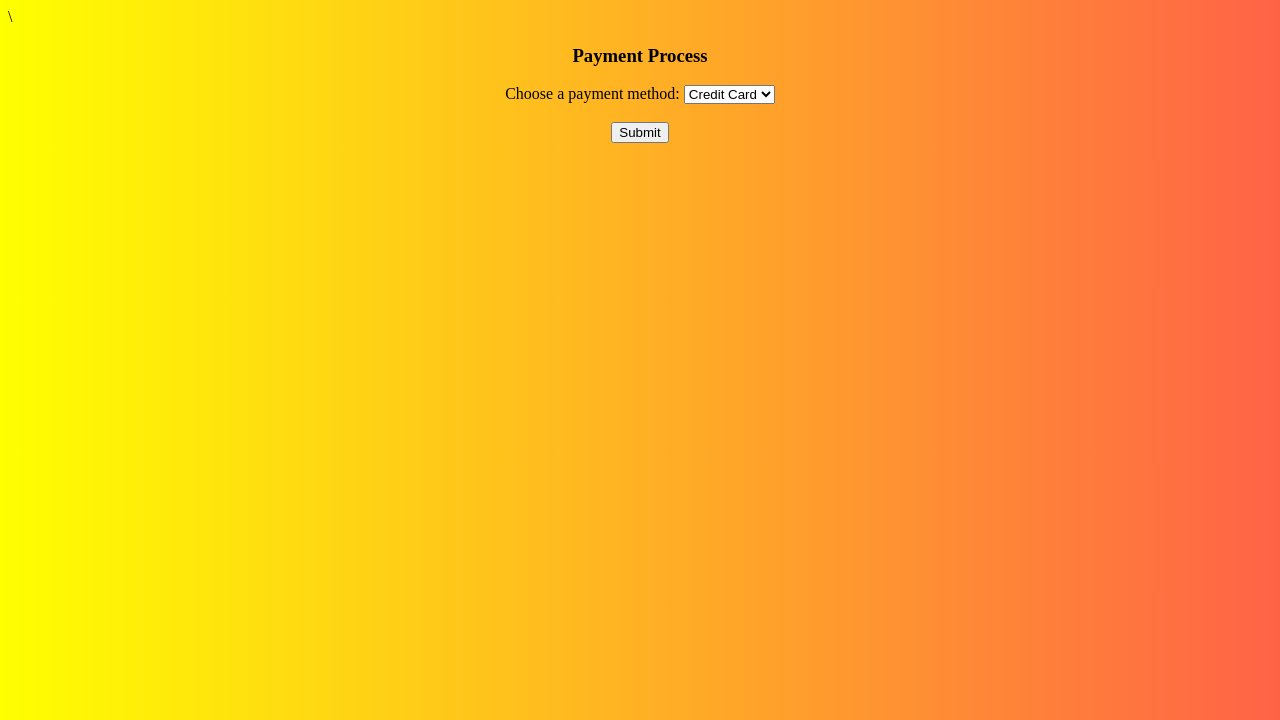
Repository: selvakumar46/Project-Maven
Page: http://localhost/ProjectKFC/payment.jsp
The author's editor kept a copy of each file at every save. The page is drawn from the files as they stood at one save, then again after the next save.
The browser window is 1280 px wide. The pictures show the whole page.
The page is served by Tomcat 9. Nobody is signed in. The application's start-up code is not run. Other server files are loaded and not shown.

Above is the page before, as saved 2022-01-08 08:24:43.

### ProjectKFC/src/main/webapp/payment.jsp
<%@ page language="java" contentType="text/html; charset=ISO-8859-1"
	pageEncoding="ISO-8859-1"%>
<!DOCTYPE html>
<html>
<head>
<meta charset="ISO-8859-1">
<title>payment</title>\
<style >
body {
	background:linear-gradient(to right,yellow,tomato);
}
</style>
</head>
<body>
	<center>
		<h3>Payment Process</h3>
		<div>

			<form action="creditCard.jsp">
				<label for="payments">Choose a payment method:</label> <select
					name="Paymrnts" id="payments">
					<option value="Creditcard">Credit Card</option>

					<option value="Paytm">Paytm</option>

				</select> <br> <br> <input type="submit" value="Submit">
			</form>
		</div>
	</center>
</body>
</html>

After the next save:
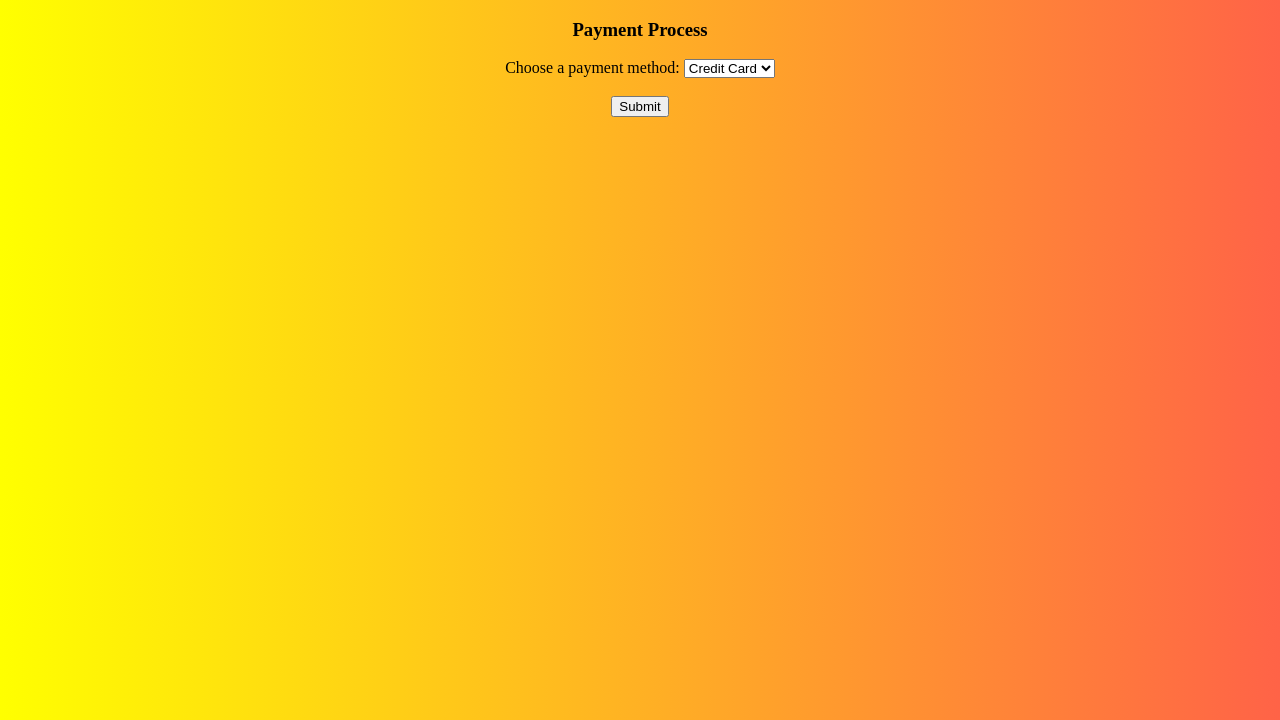
Saved 5 min 36 s later.
--- a/ProjectKFC/src/main/webapp/payment.jsp
+++ b/ProjectKFC/src/main/webapp/payment.jsp
@@ -4,7 +4,7 @@
 <html>
 <head>
 <meta charset="ISO-8859-1">
-<title>payment</title>\
+<title>payment</title>
 <style >
 body {
 	background:linear-gradient(to right,yellow,tomato);
